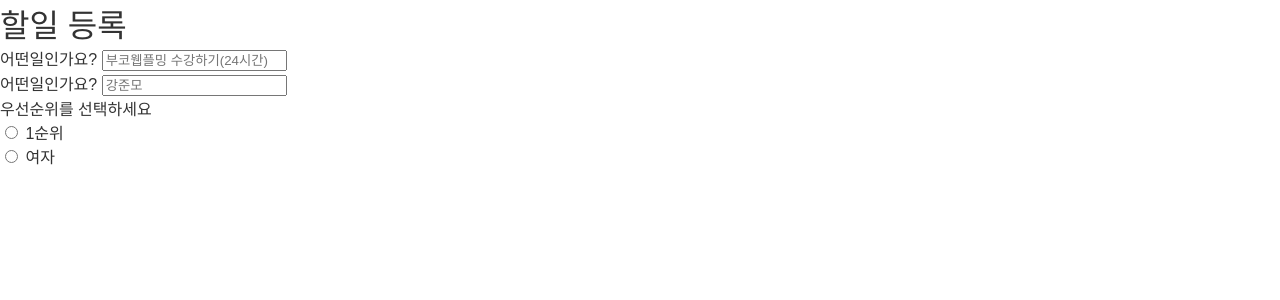
Repository: JmKanmo/BoostCourse_WebProgramming
Page: http://localhost/Todo/todoForm.jsp
These files come from the project's save history. The page is drawn as it stood at one moment and after the next save; the edit follows.
The browser window is 1280 px wide. The pictures show the whole page.
The page is served by Tomcat 9.

Above is the page before, as saved 2020-01-20 14:43:15.

After the next save:
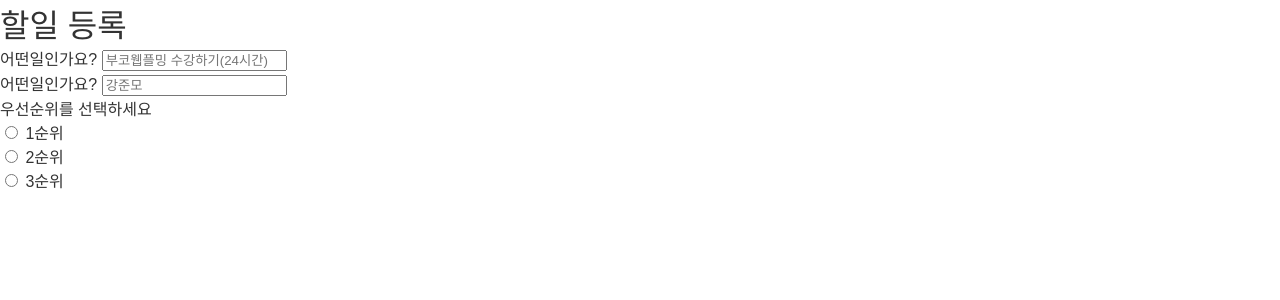
Saved 8 h 5 min later.
--- a/Todo/src/main/webapp/todoForm.jsp
+++ b/Todo/src/main/webapp/todoForm.jsp
@@ -24,16 +24,21 @@
 			</div>
 
 			<div class="priority_box clear_fix">
-				<label for="priority">우선순위를 선택하세요</label>
+				<label for="priority_1th">우선순위를 선택하세요</label>
 
-				<div class="radio clear_fix">
-					<input type="radio" id="priority" name="gender"
-						value="male"> <label for="priority">1순위</label>
+				<div class="priority clear_fix">
+					<input type="radio" id="priority_1th" name="priority" value="1th">
+					<label for="priority_1th">1순위</label>
 				</div>
 
-				<div class="radio clear_fix">
-					<input type="radio" class="sex_btn" id="female" name="gender"
-						value="male"> <label for="female" class="sex_label">여자</label>
+				<div class="priority clear_fix">
+					<input type="radio" id="priority_2th" name="priority" value="2th">
+					<label for="priority_2th">2순위</label>
+				</div>
+
+				<div class="priority clear_fix">
+					<input type="radio" id="priority_3th" name="priority" value="3th">
+					<label for="priority_3th">3순위</label>
 				</div>
 			</div>
 		</form>
